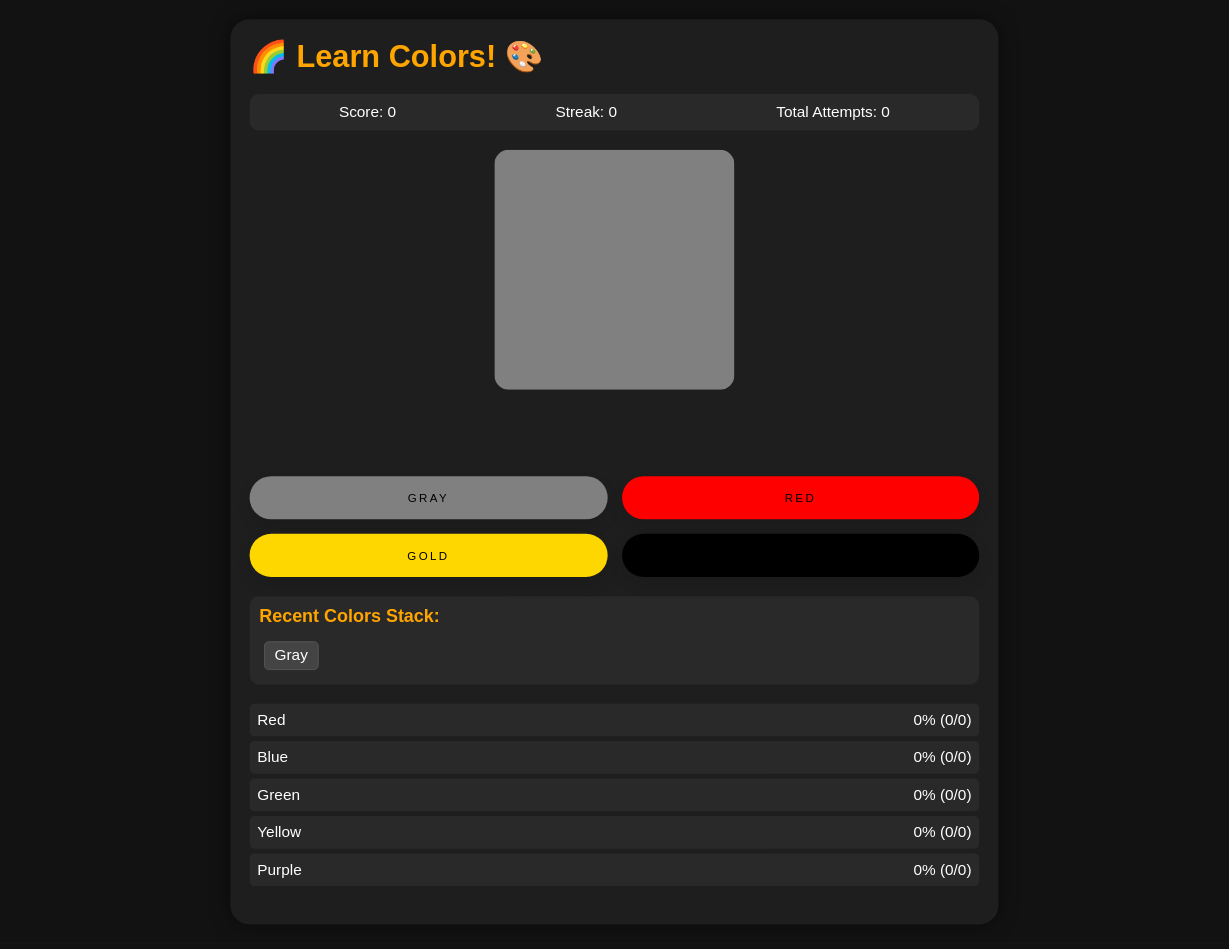
Repository: abhijeets54/learncolors
Page: project.html
The author's editor kept a copy of each file at every save. The page is drawn from the files as they stood at one save, then again after a run of saves.
The browser window is 1280 px wide. The pictures show the whole page, at 96% of full size.

Above is the page before, as saved 2024-11-17 20:09:47.

After the next 2 saves:
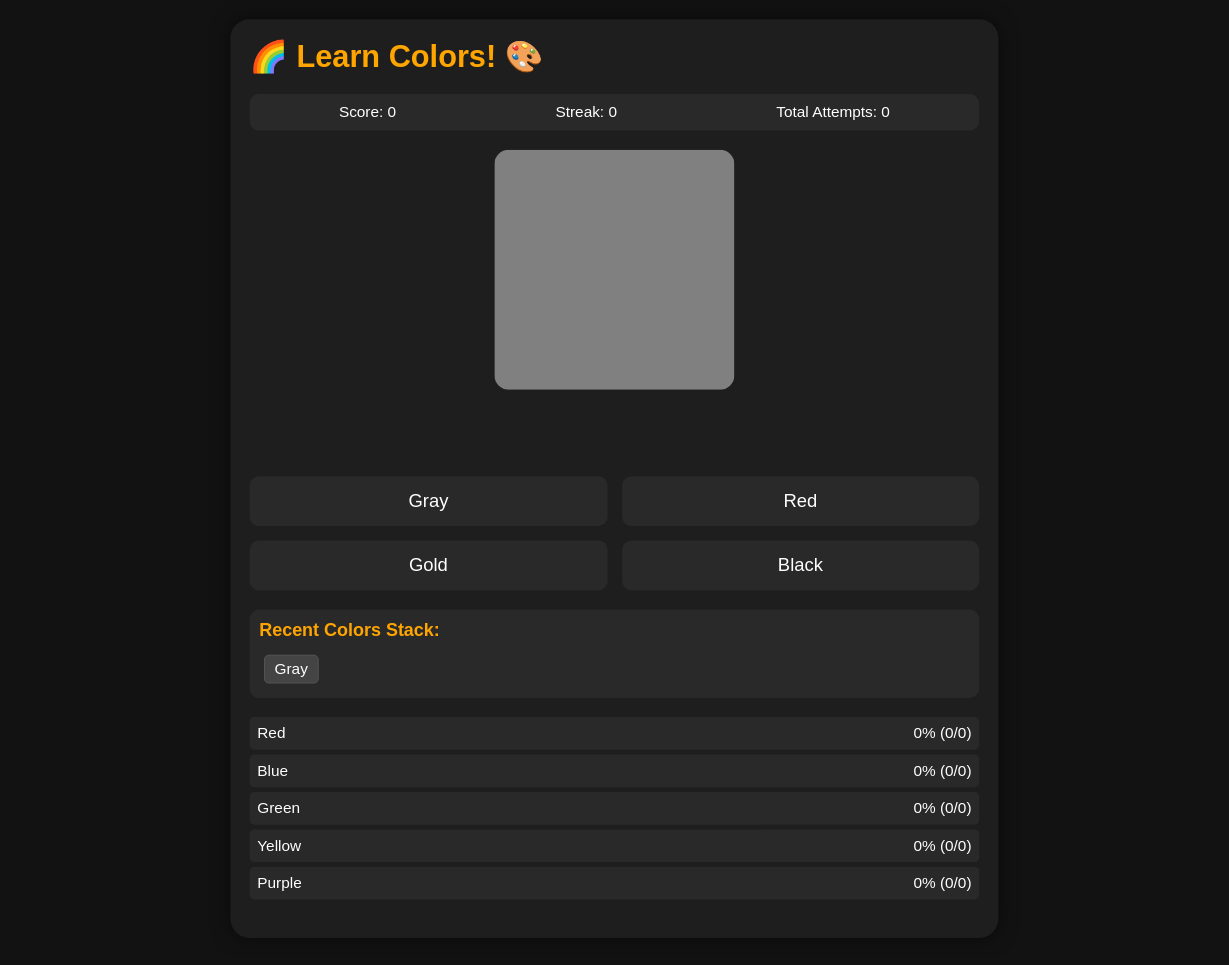
The 2 saves are shown as one change because they came seconds apart.
The last was saved 15 s later.
--- a/project.html
+++ b/project.html
@@ -57,29 +57,20 @@
         }
 
         .color-btn {
-  padding: 1.3em 3em;
-  font-size: 12px;
-  text-transform: uppercase;
-  letter-spacing: 2.5px;
-  font-weight: 500;
-  color: #000; /* Keep the text black */
-  border: none;
-  border-radius: 45px;
-  box-shadow: 0px 8px 15px rgba(0, 0, 0, 0.1);
-  transition: all 0.3s ease 0s;
-  cursor: pointer;
-  outline: none;
-}
-
-.color-btn:hover {
-  box-shadow: 0px 15px 20px rgba(0, 0, 0, 0.2);
-  transform: translateY(-7px);
-}
-
-.color-btn:active {
-  transform: translateY(-1px);
-}
-
+            padding: 15px;
+            font-size: 1.2em;
+            border: none;
+            border-radius: 10px;
+            cursor: pointer;
+            background: #292929;
+            color: #ffffff;
+            transition: transform 0.2s, background 0.2s;
+        }
+
+        .color-btn:hover {
+            transform: scale(1.05);
+            background: #444444;
+        }
 
         .feedback {
             text-align: center;
@@ -214,23 +205,24 @@
         }
 
         function generateOptions(correctColor) {
-    let options = [correctColor];
-    let availableColors = COLORS.filter(c => c.name !== correctColor.name);
-
-    availableColors.sort((a, b) => {
-        let perfA = colorPerformance.find(p => p.name === a.name);
-        let perfB = colorPerformance.find(p => p.name === b.name);
-        let rateA = perfA.attempts === 0 ? 0 : perfA.correct / perfA.attempts;
-        let rateB = perfB.attempts === 0 ? 0 : perfB.correct / perfB.attempts;
-        return rateA - rateB;
-    });
-
-    options.push(availableColors[0]);
-    options.push(availableColors[Math.floor(availableColors.length / 2)]);
-    options.push(availableColors[availableColors.length - 1]);
-
-    return options.sort(() => Math.random() - 0.5);
-}
+            let options = [correctColor];
+            let availableColors = COLORS.filter(c => c.name !== correctColor.name);
+
+            availableColors.sort((a, b) => {
+                let perfA = colorPerformance.find(p => p.name === a.name);
+                let perfB = colorPerformance.find(p => p.name === b.name);
+                let rateA = perfA.attempts === 0 ? 0 : perfA.correct / perfA.attempts;
+                let rateB = perfB.attempts === 0 ? 0 : perfB.correct / perfB.attempts;
+                return rateA - rateB;
+            });
+
+            options.push(availableColors[0]);
+            options.push(availableColors[Math.floor(availableColors.length / 2)]);
+            options.push(availableColors[availableColors.length - 1]);
+
+            return options.sort(() => Math.random() - 0.5);
+        }
+
         function updateDisplay() {
             document.getElementById('score').textContent = score;
             document.getElementById('streak').textContent = streak;
@@ -254,23 +246,17 @@
         }
 
         function startGame() {
-    let color = COLORS[Math.floor(Math.random() * COLORS.length)];
-    currentColor = color;
-    document.getElementById('colorDisplay').style.backgroundColor = color.hex;
-    recentColors.push(color);
-
-    const options = generateOptions(color);
-    document.getElementById('options').innerHTML = options
-        .map(option => `
-            <button
-                class="color-btn"
-                style="background-color: ${option.hex};"
-                onclick="checkAnswer('${option.name}')">
-                ${option.name}
-            </button>`)
-        .join('');
-    updateDisplay();
-}
+            let color = COLORS[Math.floor(Math.random() * COLORS.length)];
+            currentColor = color;
+            document.getElementById('colorDisplay').style.backgroundColor = color.hex;
+            recentColors.push(color);
+
+            const options = generateOptions(color);
+            document.getElementById('options').innerHTML = options
+                .map(option => `<button class="color-btn" onclick="checkAnswer('${option.name}')">${option.name}</button>`)
+                .join('');
+            updateDisplay();
+        }
 
         function checkAnswer(selectedColor) {
             attempts++;
